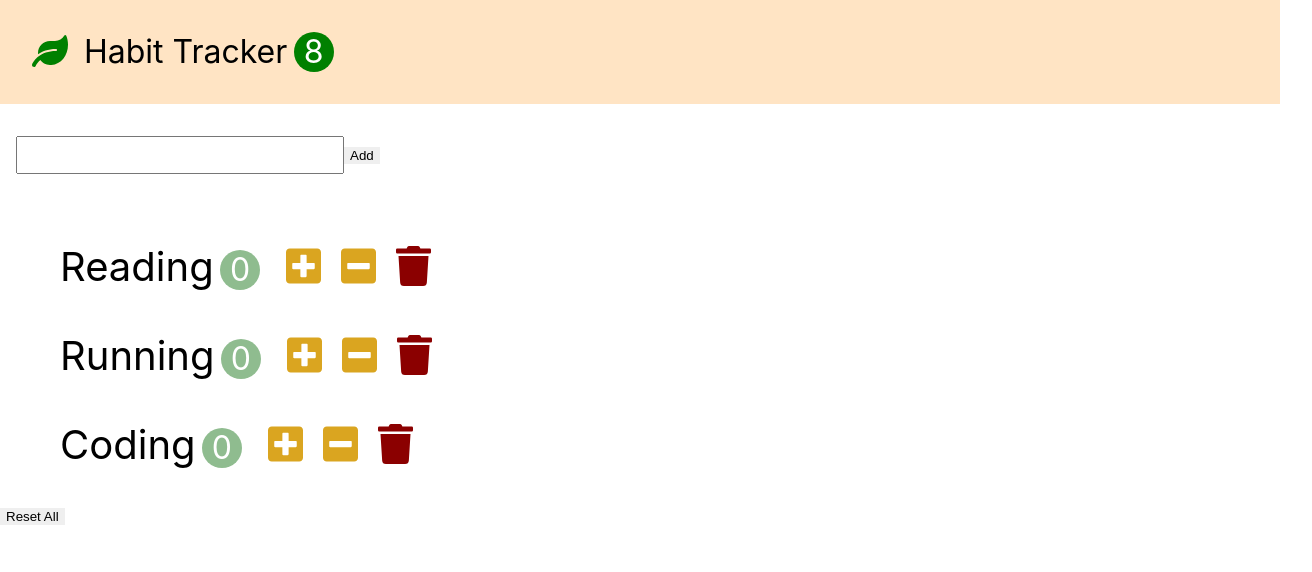
Repository: keehoonjung/react-habit-tracker
Page: / (app in react/habit-tracker/)
The author's editor kept a copy of each file at every save. The page is drawn from the files as they stood at one save, then again after the next save.
The browser window is 1280 px wide. The page is 1312 px wide, so the pictures cover 1312 px, including what lies to the right of the window. The pictures show the whole page.
The project was rebuilt for these pictures with package versions that can differ from the ones it lists, and the page was loaded fresh each time.

Above is the page before, as saved 2021-08-30 18:35:19.

After the next save:
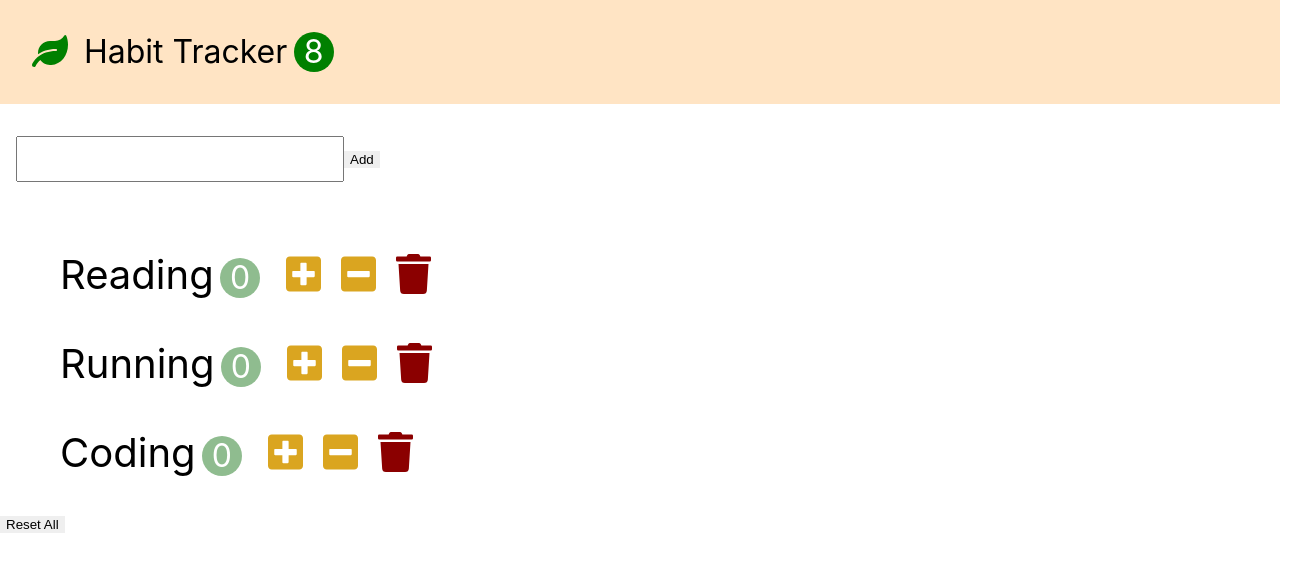
Saved 5 s later.
--- a/react/habit-tracker/src/app.css
+++ b/react/habit-tracker/src/app.css
@@ -36,7 +36,7 @@ button {
 
 .input {
   width: 20rem;
-  height: 2rem;
+  height: 2.5rem;
 }
 
 .habit {
